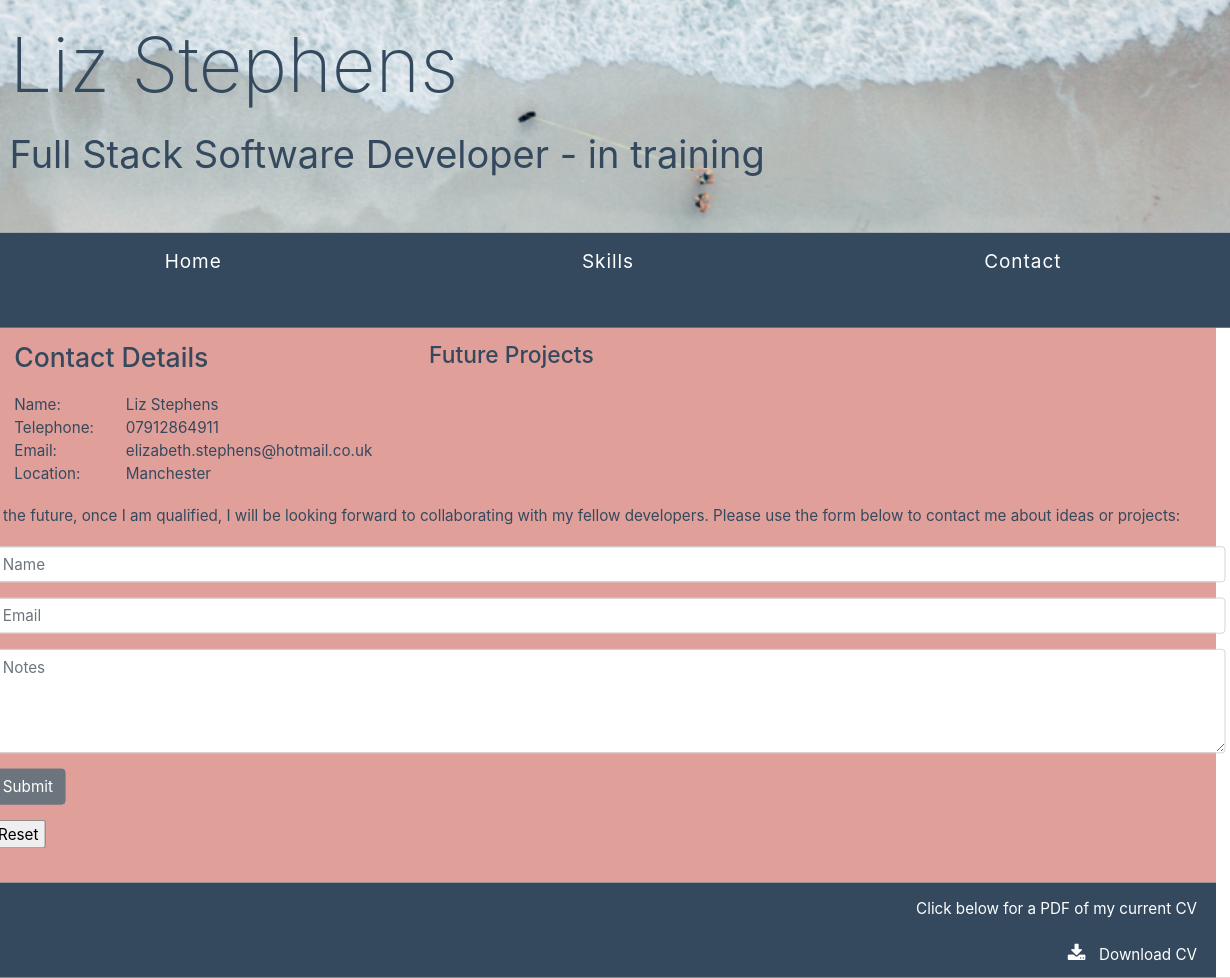
Repository: Liz94688/portfolio-site
Page: contact.html
The author's editor kept a record of every edit. The page is drawn from the files as they stood at one moment, then again after the next edit.
The browser window is 1280 px wide. The page is 1295 px wide, so the pictures cover 1295 px, including what lies to the right of the window. The pictures show the whole page, at 95% of full size.

Above is the page before.

### contact.html
<!DOCTYPE html>
<html lang="en">

<head>
    <meta charset="UTF-8">
    <meta name="viewport" content="width=device-width, initial-scale=1.0">
    <meta http-equiv="X-UA-Compatible" content="ie=edge">
    <link rel="stylesheet" href="https://stackpath.bootstrapcdn.com/bootstrap/4.3.1/css/bootstrap.min.css" type="text/css" />
    <link rel="stylesheet" href="https://stackpath.bootstrapcdn.com/font-awesome/4.7.0/css/font-awesome.min.css" type="text/css" />
    <link rel="stylesheet" href="assets/css/style.css" type="text/css" />
    <title>Liz Stephens Portfolio - Full Stack Web Developer</title>
</head>

<body>
    <header>
        <div class="row header-image">
            <div class="col">
                <h1 class="header-name">Liz Stephens</h1>
                <h2 class="header-title">Full Stack Software Developer - in training</h2>
            </div>
        </div>

        <div class="row header-nav">
            <div class="col">
                <ul id="nav" class="list-inline header-nav-container">
                    <li class="col-sm-4 header-nav-color-home header-nav-item list-inline-item">
                        <a href="#"><span>Home</span></a>
                    </li>
                    <li class="col-sm-4 header-nav-color-skills header-nav-item list-inline-item">
                        <a href="#"><span>Skills</span></a>
                    </li>
                    <li class="col-sm-4 header-nav-color-contact header-nav-item list-inline-item">
                        <a href="#"><span>Contact</span></a>
                    </li>
                </ul>
            </div>
        </div>
        </div>
    </header>

    <section id="contact" class="container-fluid contact-container">
        <div class="row">
            <div class="col-md-4 contact-info">


                <div class="col-12">
                    <h3 class="contact-details-title">
                        Contact Details
                    </h3>
                </div>


                <div class="col-12 contact-details-itemised">
                    <div class="key">
                        <p>Name:</p>
                    </div>
                    <div class="value">
                        <p>Liz Stephens</p>
                    </div>
                    <div class="key">
                        <p>Telephone:</p>
                    </div>
                    <div class="value">
                        <p>07912864911</p>
                    </div>
                    <div class="key">
                        <p>Email:</p>
                    </div>
                    <div class="value">
                        <p>elizabeth.stephens@hotmail.co.uk</p>
                    </div>
                    <div class="key">
                        <p>Location:</p>
                    </div>
                    <div class="value">
                        <p>Manchester</p>
                    </div>
                </div>


            </div>

            <div class="col-md-8 contact-form">

                    <div class="col-12">
                        <h4>
                            Future Projects
                        </h4>
                    </div>
                </div>
                <div class="row">
                    <div class="col-12">
                        <p>In the future, once I am qualified, I will be looking forward to collaborating with my fellow developers. Please use the form below to contact me about ideas or projects: </p>
                    </div>
                </div>
                <div class="col-12 contact-groups">
                    <form>
                        <div class="form-group">
                            <input type="text" name="Name" class="form-control" placeholder="Name" required>
                        </div>
                        <div class="form-group">
                            <input type="email" name="Email" class="form-control" placeholder="Email" required>
                        </div>
                        <div class="form-group">
                            <textarea rows="4" name="Notes" class="form-control" placeholder="Notes"></textarea>
                        </div>
                        <div class="form-group">
                            <button type="submit" class="btn btn-secondary">Submit</button>
                        </div>
                        <div class="form-group">
                            <input type="reset" value="Reset">
                        </div>
                    </form>
                </div>
            </div>
        </div>
    </section>

    <footer class="container-fluid">
        <div class="row footer-nav">
            <div class="col footer-nav-item">
                <p>Click below for a PDF of my current CV</p>
                <a href="./assets/Liz_CV.pdf" target="_blank"><i class="fa fa-download" aria-hidden="true"></i><span> Download CV </span></a>
            </div>
        </div>
    </footer>
</body>

</html>

### assets/css/style.css
@import url('https://fonts.googleapis.com/css?family=Montserrat&display=swap:100,200,300,400,500,600,700');

/*------------------------------Header*/

header {
    margin: 0;
    padding: 0;
}

.header-image {
    background-image: url('../images/welcome-view.jpg');
    background-position: center;
    background-repeat: no-repeat;
    background-size: cover;
    min-height: 240px;
    transition: all .5s ease-in-out;
    -moz-transition: all .5s ease-in-out;
    -webkit-transition: all .5s ease-in-out;
}

.header-name {
    font-weight: 200;
    font-size: 80px;
    color: #34495E;
    padding-top: 20px;
    padding-left: 25px;
}

.header-title {
    font-weight: 400;
    font-size: 40px;
    color: #34495E;
    padding-top: 15px;
    padding-bottom: 50px;
    padding-left: 25px;
}

/*------------------------------Header-Nav*/

.col {
    padding: 0;
}

li a {
    color: #fff;
    padding: 0;
    text-decoration: none;
}

.row {
    padding-bottom: 0;
}


.list-inline-item:not(:last-child) {
    margin: 0;
}

.header-nav-container {
    font-size: 0;
}

.col ul {
    margin-bottom: 0;
}

#nav li {
    padding: 0;
}

.header-nav-item {
    height: 100px;
    text-align: center;
}

.header-nav-item a {
    width: 100%;
    text-decoration: none;
    color: #fff;
}

.header-nav-item span {
    display: block;
    padding-top: 15px;
    font-size: 20px;
    letter-spacing: 1px;
}

/*------------------------------Navbar Colours/Background Colours*/

ul {
    background-color: #34495E;
}

.header-nav-color-home:hover {
    background-color: #4682B4;
}

.header-nav-color-skills:hover {
    background-color: #48D1CC;
}

.header-nav-color-contact:hover {
    background-color: #D98880;
}

.header-nav-color-home.active {
    background-color: #4682B4;
}

.header-nav-color-skills.active {
    background-color: #48D1CC;
}

.header-nav-color-contact.active {
    background-color: #D98880;
}

.home-bg-color {
    background-color: #4682B4;
}

/*------------------------------So far...*/

section {
    margin: 0;
    padding: 0;
}

.about-container {
    min-height: 500px;
    background-color: rgba(70, 130, 180, 0.8);
    color: #34495E;
    padding-bottom: 20px;
}

.so-far-title {
    padding-top: 20px;
    margin-bottom: 30px;
}

.so-far-title h3 {
    margin: 0;
}

.so-far-paragraph p {
    margin-bottom: 15px;
}

/*------------------------------Timeline*/

.timeline {
    position: relative;
    margin: 0 auto;
}

.timeline::after {
    content: '';
    position: absolute;
    width: 6px;
    background-color: #fff;
    top: 0;
    bottom: 0;
    left: 50%;
    margin-left: -2px;
}

.container {
    padding: 10px 20px;
    position: relative;
    background-color: #34495E;
    width: 50%;
    color: #fff;
    margin-left: 0;
}

.left {
    left: 0;
}

.right {
    left: 50%;
}

/*------------------------------Skills*/

.skills-container {
    margin: 0;
    min-height: 500px;
    background-color: rgba(72, 209, 204, 0.8);
    color: #34495E;
    padding-bottom: 20px;
}

.skills-title {
    padding-top: 20px;
    margin-bottom: 30px;
}

.skills-progression {
    margin-bottom: 30px;
}

.progress {
    height: 35px;
    margin-bottom: 15px;
    position: relative;
}

.progress-type {
    position: absolute;
    color: #283747;
    left: 0px;
    padding: 2px 30px 2px 5px;
}

/*------------------------------Contact Info*/

.contact-container {
    padding: 0;
    margin: 0;
    min-height: 500px;
    background-color: rgba(217, 136, 128, 0.8);
    color: #34495E;
    padding-bottom: 20px;
}

.contact-info {
    padding-top: 15px;
    margin-bottom: 20px;
}

.contact-details-title {
    margin-bottom: 20px;
}

.contact-details-itemised .key,
.contact-details-itemised .value {
    display: inline-block;
    padding-right: 10px;
}

.contact-details-itemised .key p,
.contact-details-itemised .value p {
    margin: 0
    ;
}

.contact-details-itemised .key {
    width: 30%;
}

.contact-details-itemised .value {
    position: relative;
    width: 60%;
}


/*------------------------------Contact Form*/

.contact-form {
    padding-top: 15px;
}

.contact-groups {
    padding: 0;
}

form {
    margin: 5px;
}

/*------------------------------Footer*/

footer {
    min-height: 100px;
    margin: 0;
    padding: 0;
}

.footer-nav {
    background-color: #34495E;
}

.footer-nav-item {
    height: 100px;
    text-align: right;
    padding: 15px 20px;
    color: #fff;
}

.footer-nav-item a {
    text-decoration: none;
    color: #fff;
}

.footer-nav-item a i {
    font-size: 20px;
    padding: 10px;
}


/*------------------------------IGNORE - TO DELETE*/

After the next edit:
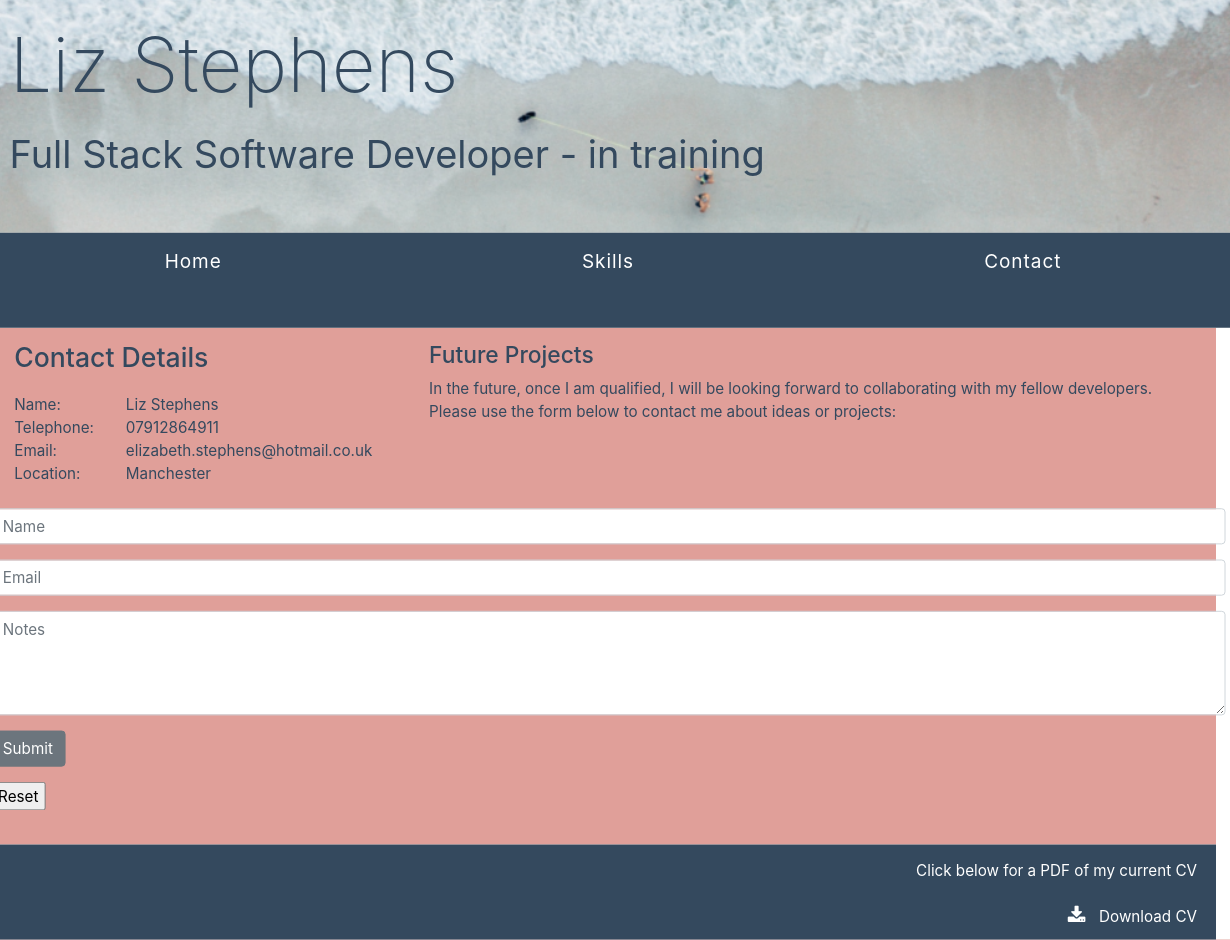
The edit:
--- a/contact.html
+++ b/contact.html
@@ -82,13 +82,12 @@
 
             <div class="col-md-8 contact-form">
 
-                    <div class="col-12">
-                        <h4>
-                            Future Projects
-                        </h4>
-                    </div>
+                <div class="col-12">
+                    <h4>
+                        Future Projects
+                    </h4>
                 </div>
-                <div class="row">
+
                     <div class="col-12">
                         <p>In the future, once I am qualified, I will be looking forward to collaborating with my fellow developers. Please use the form below to contact me about ideas or projects: </p>
                     </div>
